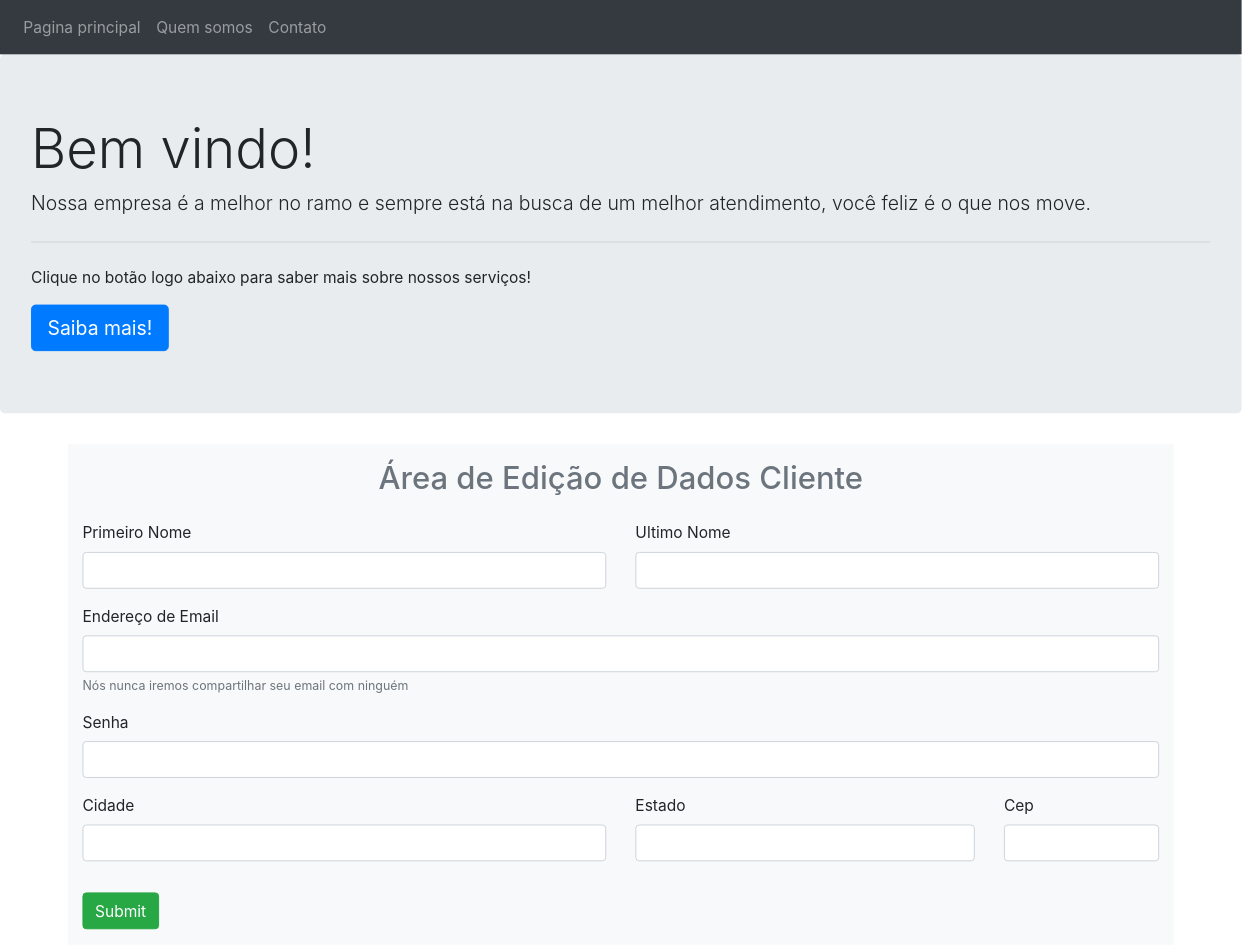
Repository: Ticapril/CRUD-JAVA
Page: http://localhost/CRUD-Java/AlterarCliente.jsp
An editor plug-in stored every save of this project. The page is shown before and after the next save, followed by the edit.
The browser window is 1280 px wide. The pictures show the whole page, at 97% of full size.
The page is served by Tomcat 9. The template is opened directly, without the code that normally fills it, so the values that code supplies are empty.

Above is the page before, as saved 2020-11-25 23:10:26.

After the next save:
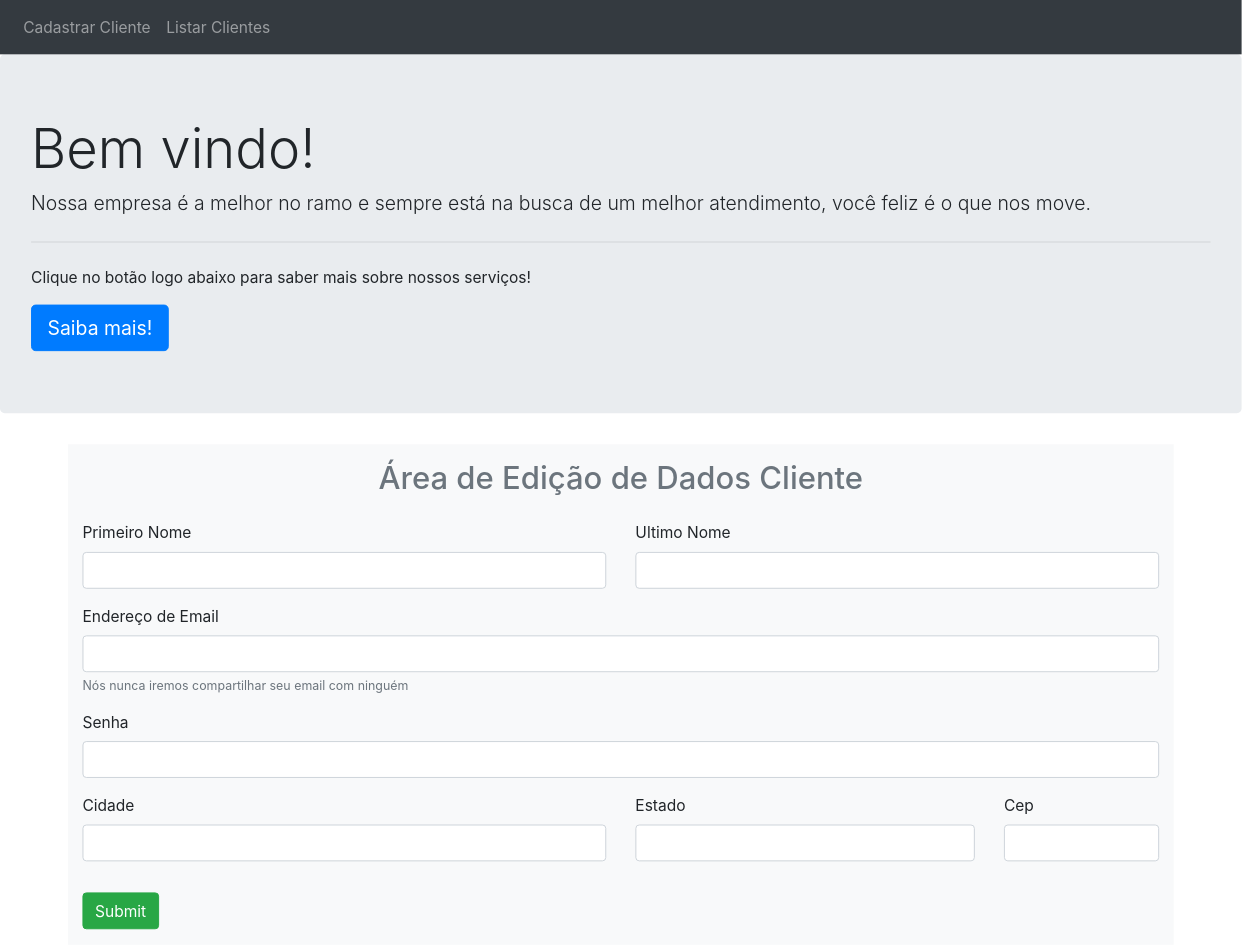
Saved 34 s later.
--- a/CRUD-Java/WebContent/AlterarCliente.jsp
+++ b/CRUD-Java/WebContent/AlterarCliente.jsp
@@ -19,9 +19,8 @@
 
 		<div class="collapse navbar-collapse">
 			<ul class="navbar-nav">
-				<li class="navbar-item"><a class="nav-link" href="#">Pagina principal</a></li>
-				<li class="navbar-item"><a class="nav-link" href="#">Quem somos</a></li>
-				<li class="navbar-item"><a class="nav-link" href="#">Contato</a></li>
+				<li class="navbar-item"><a class="nav-link" href="http://localhost:8080/CRUD-Java/CadastrarCliente.jsp">Cadastrar Cliente</a></li>
+				<li class="navbar-item"><a class="nav-link" href="http://localhost:8080/CRUD-Java/ListarCliente.jsp">Listar Clientes</a></li>
 			</ul>
 		</div>
 
